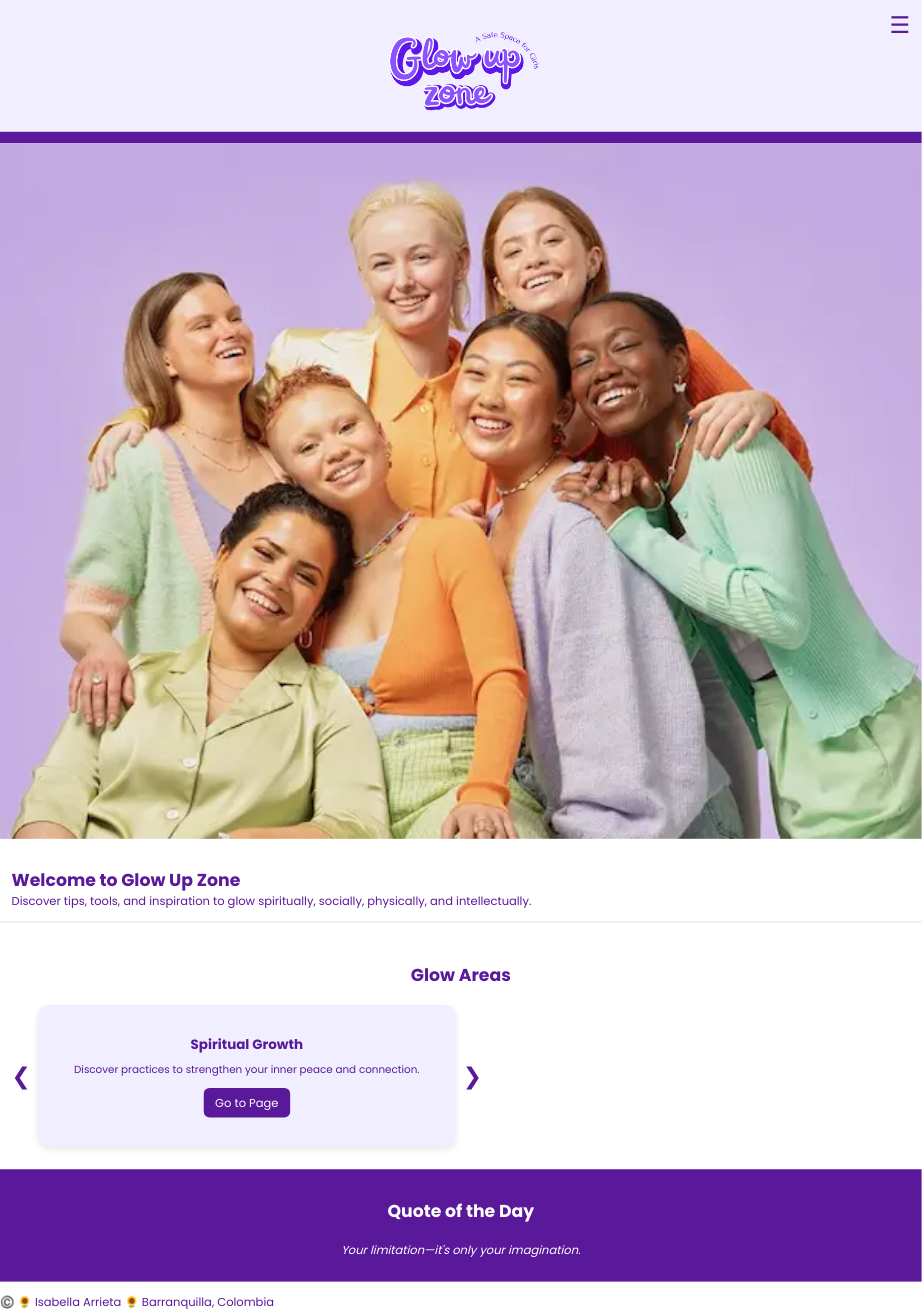
Repository: isaAJ05/wdd131
Page: final-project/final-project.html
These files come from the project's save history. The page is drawn as it stood at one moment and after a run of saves; the edit follows.
The browser window is 1280 px wide. The pictures show the whole page, at 72% of full size.

Above is the page before, as saved 2025-08-09 01:36:12.

### final-project/final-project.html
<!DOCTYPE html>
<html lang="en">
<head>
    <meta charset="UTF-8">
    <meta name="viewport" content="width=device-width, initial-scale=1.0">
    <title>WDD 131 – Glow Up Zone</title>
    <meta name="description" content="WDD 131 – This website is a positive and inspiring space for girls who want to improve different areas of their lives. It will include tips and resources organized into four sections: Spiritual, Social, Physical, and Intellectual.">
    <meta name="author" content="Isabella Arrieta">
    <link rel="stylesheet" href="styles/final-project.css">
    <link rel="stylesheet" href="styles/final-project-large.css">
    <link rel="preconnect" href="https://fonts.googleapis.com">
    <link rel="preconnect" href="https://fonts.gstatic.com" crossorigin>
    <link href="https://fonts.googleapis.com/css2?family=Nunito:wght@300;400;700&family=Poppins:wght@400;600;700&family=Quicksand:wght@400;500;700&display=swap" rel="stylesheet">
    <script src="scripts/final-project.js" defer></script>
</head>
<body>
    <header>
        <div class="title">
            <img src="images/logo.png" alt="" title="">
        </div>
        <button type="button" id="menu" title="Hambutton"></button>
        <nav>
            <ul class="navigation">
			<li><a href="#" class="home">Home</a></li>
			<li><a href="#" class="old">Old</a></li>
			<li><a href="#" class="new">New</a></li>
			<li><a href="#" class="large">Large</a></li>
			<li><a href="#" class="small">Small</a></li>
		</ul>
        </nav>
    </header>
    <main>
        <div class="hero">
            <picture>
            <source media="(min-width: 700px)" srcset="">
            <img src="images/glow-2.webp" alt="" title="">
            </picture>
        </div>
        <section >
                <div class="one">
                <h1>Welcome to Glow Up Zone</h2>
                <p>Discover tips, tools, and inspiration to glow spiritually, socially, physically, and intellectually.</p>
                </div>
        </section>
        <div class="two">
        <h2>Glow Areas</h2>
        <section class="cards">
        <button class="arrow left">&#10094;</button>
        <div class="cards-container">
            <div class="card">
                <div class="card2">
                <h3 id="card-title"></h3>
                <p id="card-text"></p>
                <a id="card-link" href="#" class="btn">Go to Page</a>
                </div>
            </div>
        </div>
        <button class="arrow right">&#10095;</button>
        </div>
        </section>
        <section>
            <div class="quote">
                <h2>Quote of the Day</h2>
                <p id="quote-text"></p>
            </div>
        </section>

    </main>
    <footer>
            <p>
            ©️<span id="currentyear"></span> 🌻 Isabella Arrieta 🌻 Barranquilla, Colombia
        </p>
        <p class="last-modified">
            <span id="lastModified"></span>
        </p>
    </footer>

</body>
</html>

### final-project/styles/final-project.css
:root {
    --primary-color: #5a189a;
    --secondary-color: #06d6a0;
    --thirdary-color: #ff6f91;
    --accent-color: #3a86ff;
    --background-color: #f1efff;
    --font-one: "Poppins", sans-serif;
    --font-two: "Nunito", sans-serif;
    --font-three: "Quicksand", sans-serif;
}
* {
    box-sizing: border-box;
    margin: 0;
    padding: 0;
}

body {
    font-family: var(--font-one);
    color: var(--primary-color);
}

.title {
    text-align: center;
    background-color: var(--background-color);
}
.title img {
    width: 350px;
    height: auto;
}
.hero img{
    width: 100%;
    height: auto;
}
.one{
    border-bottom: #D6D6D6 1px solid;
    padding: 1rem;
    margin: 1rem 0;
}
nav{
    display: block;
    background-color: var(--primary-color);
}

#menu {
	font-size: 2rem;
	border: 0;
	background: none;
	position: absolute;
	top: 1rem;
	right: 1rem;
}

#menu::before {
	content: "☰";
    color: var(--primary-color);
}

#menu.open::before {
	content: "✖";
    color: white;
}

.navigation {
	list-style: none;
	display: flex;
	flex-direction: column;
    color: #fff;
    padding-top: 1rem;
    background-color: none;
}

.navigation a {
	display: none;
	color: #fff;
	text-align: center;
	text-decoration: none;
    padding: 0.5rem;
    font-size: 1rem;


}

.navigation a:hover {
	text-decoration: underline;
	background-color: #eee;
	color: #000;
}
.open a {
	display: block;
}
.open img{
    display: none;
}
h2{
    padding: 0.5rem;
    margin: 1rem 0;
    text-align: center;
}
.cards {
    display: flex;
    align-items: center;
    width: 100%;
}

.card {
    min-width: 80%;
    margin: 0 10px;
    padding: 20px;
    background: var(--background-color);
    border-radius: 15px;
    box-shadow: 0 4px 10px rgba(0,0,0,0.1);
    text-align: center;
}
.card2 {
    min-width: 80%;
    margin: 0 10px;
    padding: 20px;
    background: var(--background-color);
    text-align: center;
}

.card h3 {
    color: var(--primary-color);
    margin-bottom: 10px;
}

.card p {
    font-size: 0.9rem;
    margin-bottom: 15px;
}

.btn {
    display: inline-block;
    background: var(--primary-color);
    color: white;
    padding: 8px 16px;
    border-radius: 8px;
    text-decoration: none;
}
.btn:hover {
	background-color: var(--secondary-color);
    cursor: pointer;
	border: 1px solid gray;
}

.arrow {
    background: none;
    border: none;
    font-size: 2rem;
    cursor: pointer;
    color: var(--primary-color);
}
.two{
    padding: 1rem;
    margin: 1rem 0;
}

.quote{
    background: var(--primary-color);
    color: white;
    padding: 1rem;
    margin: 1rem 0;

}
.quote p{
    font-style: italic;
    text-align: center;
    padding-bottom: 1rem;
}

### final-project/scripts/final-project.js
const hamButton = document.querySelector('#menu');
const navigation = document.querySelector('.navigation');
const title = document.querySelector('.title');

hamButton.addEventListener('click', () => {
	navigation.classList.toggle('open');
    hamButton.classList.toggle('open');
    title.classList.toggle('open');
});
const cardsData = [
    {
        title: "Spiritual Growth",
        text: "Discover practices to strengthen your inner peace and connection.",
        link: "spiritual.html"
    },
    {
        title: "Social Skills",
        text: "Learn how to connect, communicate, and build strong relationships.",
        link: "social.html"
    },
    {
        title: "Intellectual Growth",
        text: "Boost your mind with tips, knowledge, and creative thinking.",
        link: "intellectual.html"
    },
    {
        title: "Physical Wellness",
        text: "Stay active and healthy with routines and self-care habits.",
        link: "physical.html"
    }
];

let currentIndex = 0;

const cardTitle = document.getElementById("card-title");
const cardText = document.getElementById("card-text");
const cardLink = document.getElementById("card-link");

function updateCard() {
    cardTitle.textContent = cardsData[currentIndex].title;
    cardText.textContent = cardsData[currentIndex].text;
    cardLink.href = cardsData[currentIndex].link;
}

document.querySelector(".arrow.right").addEventListener("click", () => {
    currentIndex = (currentIndex + 1) % cardsData.length;
    updateCard();
});

document.querySelector(".arrow.left").addEventListener("click", () => {
    currentIndex = (currentIndex - 1 + cardsData.length) % cardsData.length;
    updateCard();
});

updateCard();

const quotes = [
    "The best way to get started is to quit talking and begin doing.",
    "Do something today that your future self will thank you for.",
    "Don't watch the clock; do what it does. Keep going.",
    "Your limitation—it's only your imagination.",
    "Great things never come from comfort zones.",
    "Dream it. Wish it. Do it.",
    "Push yourself, because no one else is going to do it for you."
];

function getQuoteOfTheDay() {
    const today = new Date().toDateString();
    const savedDate = localStorage.getItem("quoteDate");
    const savedQuote = localStorage.getItem("quoteText");

    if (savedDate === today && savedQuote) {
        return savedQuote;
    } else {
        const randomIndex = Math.floor(Math.random() * quotes.length);
        const newQuote = quotes[randomIndex];
        localStorage.setItem("quoteDate", today);
        localStorage.setItem("quoteText", newQuote);
        return newQuote;
    }
}

document.getElementById("quote-text").textContent = getQuoteOfTheDay();

Loaded but not shown: final-project/styles/final-project-large.css (no copy from this time; the picture is the same without it)

After the next 2 saves:
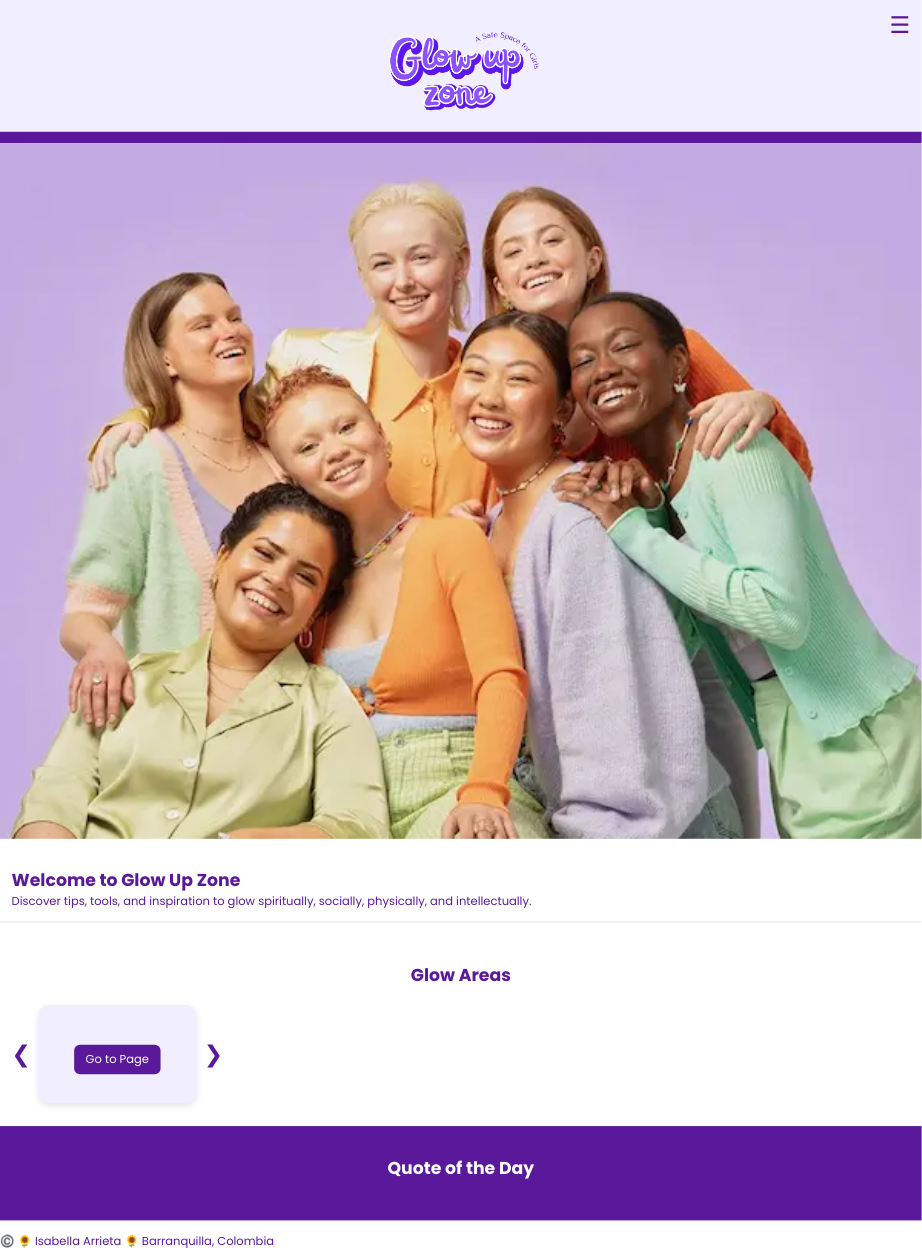
Console error: SyntaxError: Unexpected string
The 2 saves are shown as one change because they came seconds apart.
The last was saved 2 min 7 s later.
--- a/final-project/scripts/final-project.js
+++ b/final-project/scripts/final-project.js
@@ -55,8 +55,8 @@
 updateCard();
 
 const quotes = [
-    "The best way to get started is to quit talking and begin doing.",
-    "Do something today that your future self will thank you for.",
+    `"The best way to get started is to quit talking and begin doing.",
+    `"Do something today that your future self will thank you for.",
     "Don't watch the clock; do what it does. Keep going.",
     "Your limitation—it's only your imagination.",
     "Great things never come from comfort zones.",

After the save that followed:
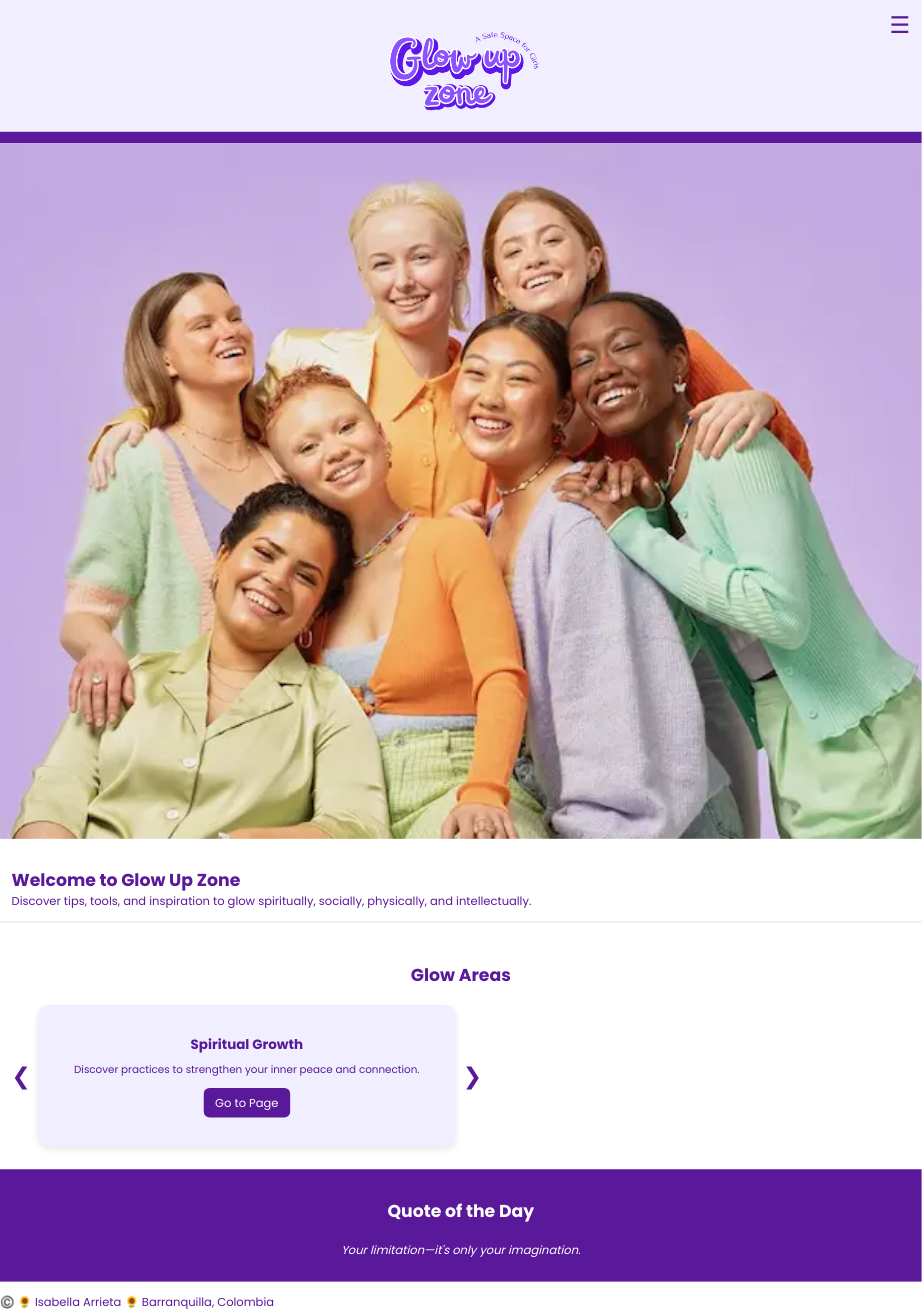
The error is gone.
Saved 7 s later.
--- a/final-project/scripts/final-project.js
+++ b/final-project/scripts/final-project.js
@@ -55,8 +55,8 @@
 updateCard();
 
 const quotes = [
-    `"The best way to get started is to quit talking and begin doing.",
-    `"Do something today that your future self will thank you for.",
+    "The best way to get started is to quit talking and begin doing.",
+    "Do something today that your future self will thank you for.",
     "Don't watch the clock; do what it does. Keep going.",
     "Your limitation—it's only your imagination.",
     "Great things never come from comfort zones.",
